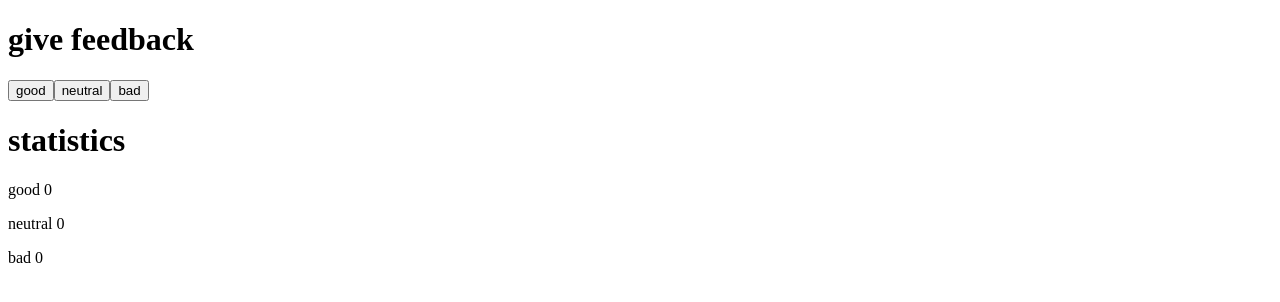
Repository: mariocapitbrok/helsinki-fullstack
Page: / (app in part1/unicafe/)
The author's editor kept a copy of each file at every save. The page is drawn from the files as they stood at one save, then again after the next save.
The browser window is 1280 px wide. The pictures show the whole page.
The project was rebuilt for these pictures with package versions that can differ from the ones it lists, and the page was loaded fresh each time.

Above is the page before, as saved 2022-01-09 06:50:27.

### part1/unicafe/src/App.js
import React, { useState } from 'react'

const Display = ({ title, value }) => (
  <p>
    {title} {value}
  </p>
)

const Button = ({ onClick, text }) => <button onClick={onClick}>{text}</button>

const App = () => {
  const [good, setGood] = useState(0)
  const [neutral, setNeutral] = useState(0)
  const [bad, setBad] = useState(0)

  return (
    <div>
      <h1>give feedback</h1>
      <Button onClick={() => setGood(good + 1)} text="good" />
      <Button onClick={() => setNeutral(neutral + 1)} text="neutral" />
      <Button onClick={() => setBad(bad + 1)} text="bad" />
      <h1>statistics</h1>
      <Display title="good" value={good} />
      <Display title="neutral" value={neutral} />
      <Display title="bad" value={bad} />
    </div>
  )
}

export default App

Loaded but not shown: part1/unicafe/public/index.html (common file); part1/unicafe/src/index.js (common file)

After the next save:
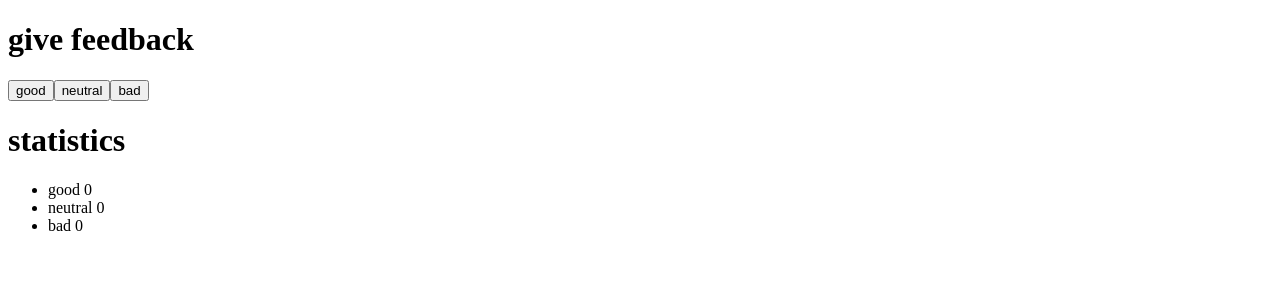
Saved 48 s later.
--- a/part1/unicafe/src/App.js
+++ b/part1/unicafe/src/App.js
@@ -1,9 +1,9 @@
 import React, { useState } from 'react'
 
 const Display = ({ title, value }) => (
-  <p>
+  <li>
     {title} {value}
-  </p>
+  </li>
 )
 
 const Button = ({ onClick, text }) => <button onClick={onClick}>{text}</button>
@@ -20,9 +20,11 @@ const App = () => {
       <Button onClick={() => setNeutral(neutral + 1)} text="neutral" />
       <Button onClick={() => setBad(bad + 1)} text="bad" />
       <h1>statistics</h1>
-      <Display title="good" value={good} />
-      <Display title="neutral" value={neutral} />
-      <Display title="bad" value={bad} />
+      <ul>
+        <Display title="good" value={good} />
+        <Display title="neutral" value={neutral} />
+        <Display title="bad" value={bad} />
+      </ul>
     </div>
   )
 }
